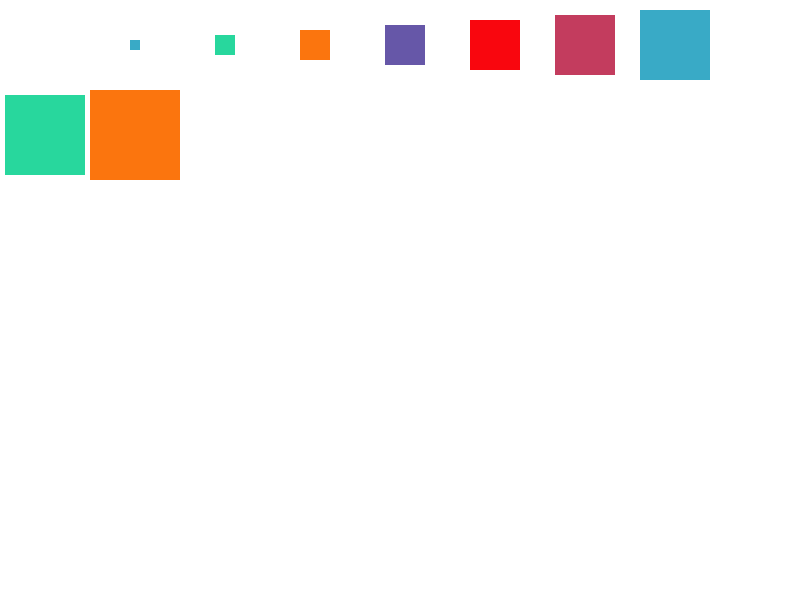
Repository: fredoluzjr/Java-Udemy
Program's window: java Workspace/exercicios-javafx/src/layout/AppLayout.java
An editor plug-in stored every save of this project. The program's window is shown before and after the next save, followed by the edit.
It runs on Java 21 on a 1366 x 768 screen with JavaFX 11; the title bar is not drawn.

Above is the program's window before, as saved 2021-07-08 23:56:07.

After the next save:
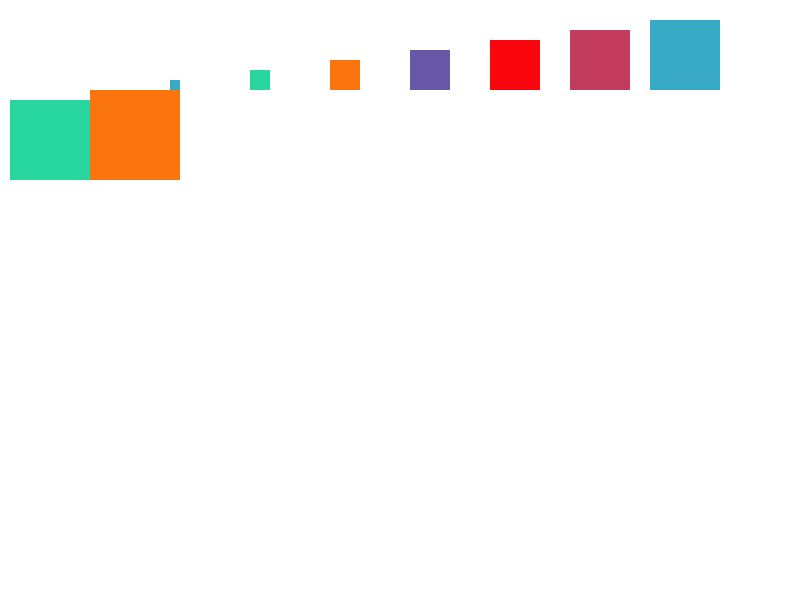
Saved 54 s later.
--- a/Workspace/exercicios-javafx/src/layout/TesteTilePane.java
+++ b/Workspace/exercicios-javafx/src/layout/TesteTilePane.java
@@ -3,6 +3,7 @@
 import java.util.ArrayList;
 import java.util.List;
 
+import javafx.geometry.Pos;
 import javafx.scene.layout.TilePane;
 
 public class TesteTilePane extends TilePane{
@@ -15,6 +16,8 @@
 			quadrados.add(new Quadrado(i * 10));
 		}
 
+		setTileAlignment(Pos.BOTTOM_RIGHT);
+
 		getChildren().addAll(quadrados);
 	}
 }
